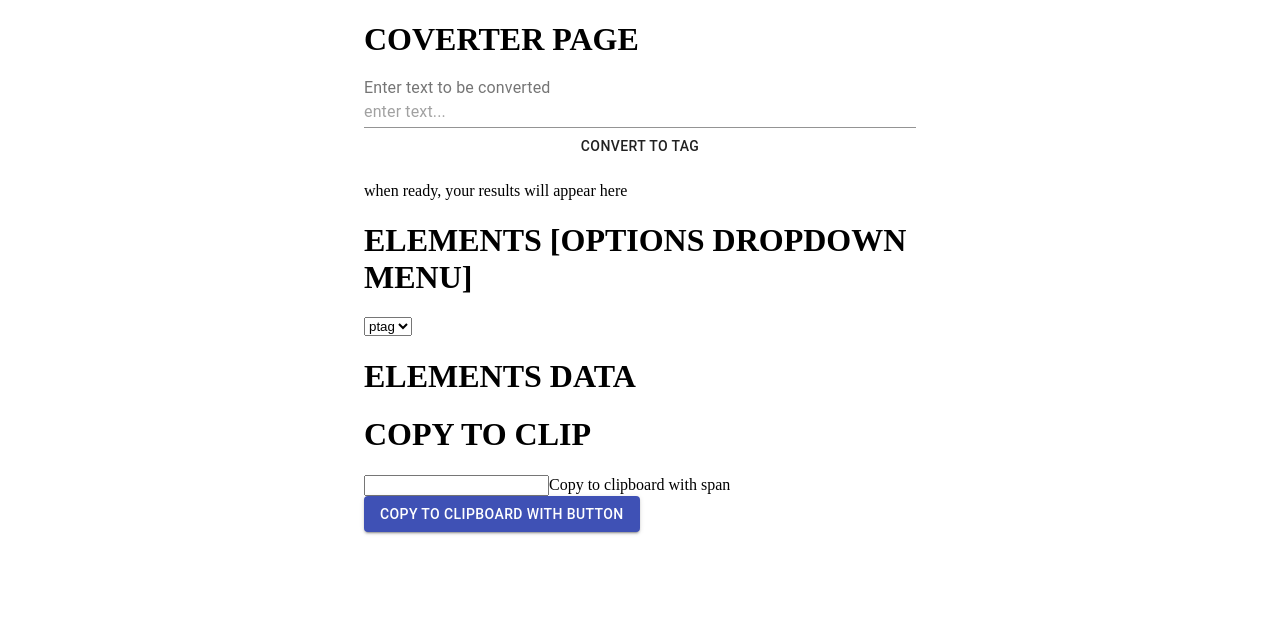
Repository: DevLuDaley/element-generator
Page: /
The author's editor kept a copy of each file at every save. The page is drawn from the files as they stood at one save, then again after the next save.
The browser window is 1280 px wide. The pictures show the whole page.
The project was rebuilt for these pictures with package versions that can differ from the ones it lists, and the page was loaded fresh each time. Also part of the build but not shown: webpack.config.js.

Above is the page before, as saved 2020-12-23 18:52:56.

After the next save:
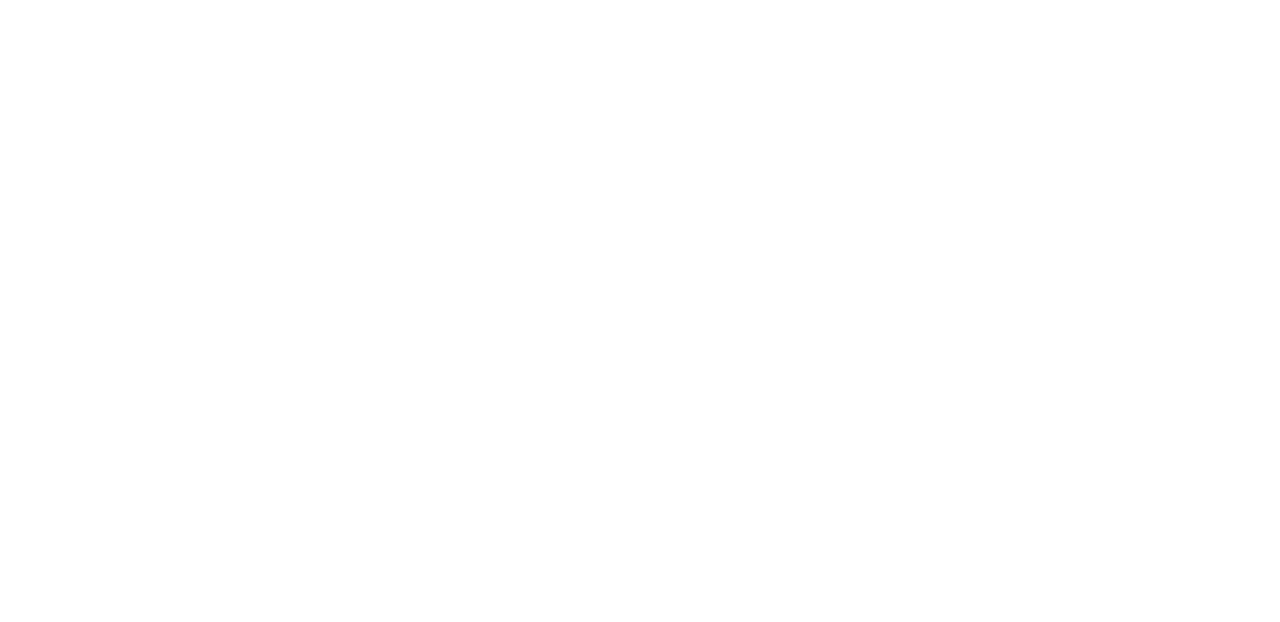
Console error: ReferenceError: classes is not defined
Saved 10 s later.
--- a/src/components/ConverterPage.js
+++ b/src/components/ConverterPage.js
@@ -46,6 +46,23 @@
             {/* <Box component="span" m={1} color="text.primary"> */}
             {/* <Box color="text.primary" clone></Box> */}
         <div>
+
+
+ <FormControl className={classes.formControl}>
+        <InputLabel id="demo-simple-select-label">Age</InputLabel>
+        <Select
+          labelId="demo-simple-select-label"
+          id="demo-simple-select"
+          value={age}
+          onChange={handleChange}
+        >
+          <MenuItem value={10}>Ten</MenuItem>
+          <MenuItem value={20}>Twenty</MenuItem>
+          <MenuItem value={30}>Thirty</MenuItem>
+        </Select>
+      </FormControl>
+
+
             <FormGroup id='convert-to-element-form' onSubmit={handleSubmit}>
             {/* {elementsArray ? elementsArray.map(ele => ele): null} */}
 

After the 5 saves that followed:
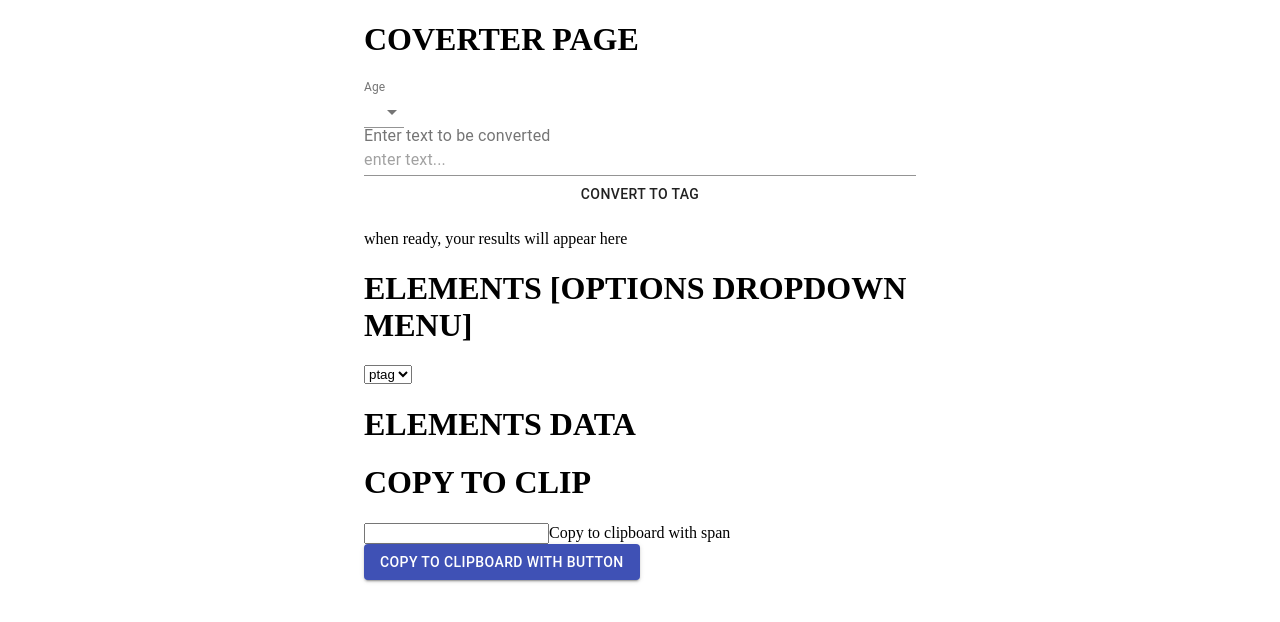
The error is gone.
The 5 saves are shown as one change because 4 left the picture as it was.
The last was saved 105 s later.
--- a/src/components/ConverterPage.js
+++ b/src/components/ConverterPage.js
@@ -48,13 +48,13 @@
         <div>
 
 
- <FormControl className={classes.formControl}>
+ <FormControl >
         <InputLabel id="demo-simple-select-label">Age</InputLabel>
         <Select
           labelId="demo-simple-select-label"
           id="demo-simple-select"
-          value={age}
-          onChange={handleChange}
+          value={1}
+          onChange={handleSubmit}
         >
           <MenuItem value={10}>Ten</MenuItem>
           <MenuItem value={20}>Twenty</MenuItem>
